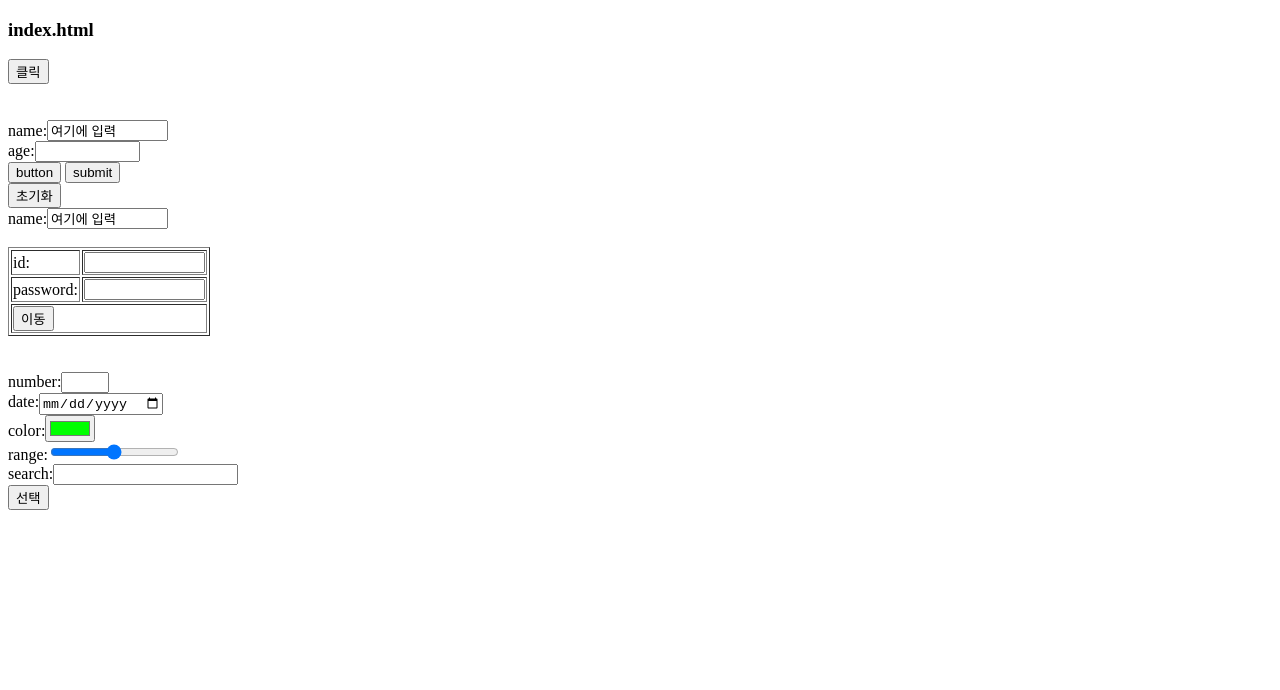
Repository: Jv2020/bitcamp
Page: html/sample04/WebContent/index.html
An editor plug-in stored every save of this project. The page is shown before and after the next save, followed by the edit.
The browser window is 1280 px wide. The pictures show the whole page.

Above is the page before, as saved 2020-01-03 02:57:43.

After the next save:
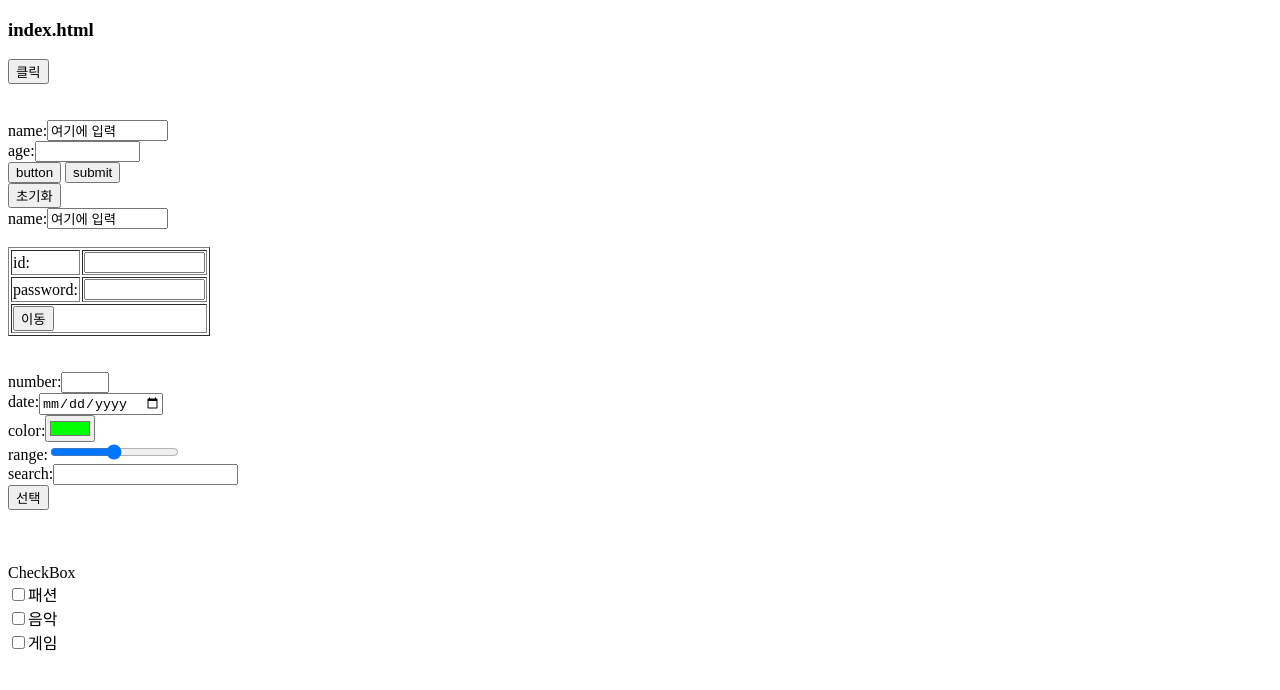
Saved 10 min 37 s later.
--- a/html/sample04/WebContent/index.html
+++ b/html/sample04/WebContent/index.html
@@ -89,6 +89,15 @@ name:<input type="text" value="여기에 입력" size="12">
 	<input type="submit" value="선택">
 </form>
 
+<br><br><br>
+
+CheckBox
+<form action:"NewFile2.jsp">
+	<input type="checkbox" name="job" value="패션">패션<br>
+	<input type="checkbox" name="job" value="음악">음악<br>
+	<input type="checkbox" name="job" value="게임">게임<br>
+</form>
+
 
 </body>
 </html>
